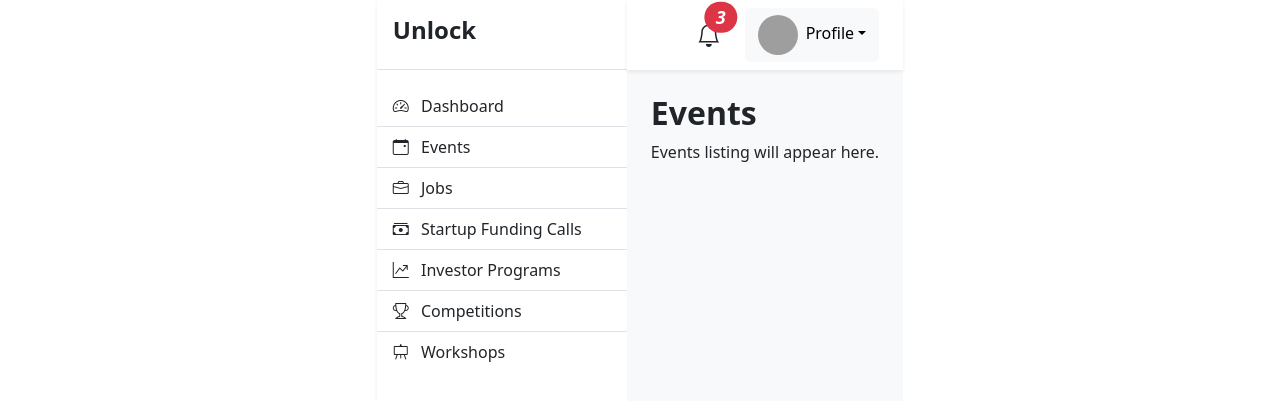
Repository: avmaurya07/unlock-dashboard
Page: /dashboard/publisher/events
An editor plug-in stored every save of this project. The page is shown before and after the next save, followed by the edit.
The browser window is 1280 px wide. The pictures show the whole page.
Pictures or frames that could not be fetched are drawn as grey boxes. The project was rebuilt for these pictures with package versions that can differ from the ones it lists, and the page was loaded fresh each time. Also part of the build but not shown: vite.config.js, src/pages/Login.jsx, src/components/DashboardCard.jsx, src/pages/Dashboard.jsx, src/pages/Jobs.jsx, src/pages/FundingCalls.jsx, src/pages/InvestorPrograms.jsx, src/pages/Competitions.jsx and 6 more.

Above is the page before, as saved 2025-12-28 17:07:51.

### index.html
<!doctype html>
<html lang="en">
  <head>
    <meta charset="UTF-8" />
    <link rel="icon" type="image/svg+xml" href="/vite.svg" />
    <meta name="viewport" content="width=device-width, initial-scale=1.0" />
    <title>unlock-dashboard</title>
  </head>
  <body>
    <div id="root"></div>
    <script type="module" src="/src/main.jsx"></script>
  </body>
</html>

### src/main.jsx
import { StrictMode } from 'react'
import { createRoot } from 'react-dom/client'
import './index.css'
import App from './App.jsx'
import 'bootstrap/dist/css/bootstrap.min.css';
import 'react-toastify/dist/ReactToastify.css';
import "bootstrap-icons/font/bootstrap-icons.css";

createRoot(document.getElementById('root')).render(
  <StrictMode>
    <App />
  </StrictMode>,
)

### src/index.css
:root {
  font-family: system-ui, Avenir, Helvetica, Arial, sans-serif;
  line-height: 1.5;
  font-weight: 400;

  color-scheme: light dark;
  color: rgba(255, 255, 255, 0.87);
  background-color: #242424;

  font-synthesis: none;
  text-rendering: optimizeLegibility;
  -webkit-font-smoothing: antialiased;
  -moz-osx-font-smoothing: grayscale;
}

a {
  font-weight: 500;
  color: #646cff;
  text-decoration: inherit;
}
a:hover {
  color: #535bf2;
}

body {
  margin: 0;
  display: flex;
  align-items: center;
  justify-content: center;
  min-width: 320px;
  min-height: 100vh;
}

h1 {
  font-size: 3.2em;
  line-height: 1.1;
}

button {
  border-radius: 8px;
  border: 1px solid transparent;
  padding: 0.6em 1.2em;
  font-size: 1em;
  font-weight: 500;
  font-family: inherit;
  background-color: #1a1a1a;
  cursor: pointer;
  transition: border-color 0.25s;
}
button:hover {
  border-color: #646cff;
}
button:focus,
button:focus-visible {
  outline: 4px auto -webkit-focus-ring-color;
}

@media (prefers-color-scheme: light) {
  :root {
    color: #213547;
    background-color: #ffffff;
  }
  a:hover {
    color: #747bff;
  }
  button {
    background-color: #f9f9f9;
  }
}

### src/App.jsx
import { BrowserRouter, Routes, Route } from "react-router-dom";

import Login from "./pages/Login";

// Layout
import MainLayout from "./layout/MainLayout";

// Shared Pages
import Dashboard from "./pages/Dashboard";

// Publisher Pages
import Events from "./pages/Events";
import Jobs from "./pages/Jobs";
import FundingCalls from "./pages/FundingCalls";
import InvestorPrograms from "./pages/InvestorPrograms";
import Competitions from "./pages/Competitions";
import Workshops from "./pages/Workshops";

// User + Admin
import UserDashboard from "./pages/UserDashboard";
import PublisherDashboard from "./pages/PublisherDashboard";
import AdminDashboard from "./pages/AdminDashboard";

function App() {
  return (
    <BrowserRouter>
      <Routes>

        {/* PUBLIC ROUTE */}
        <Route path="/" element={<Login />} />

        {/* USER DASHBOARD */}
        <Route path="/dashboard/user" element={<UserDashboard />} />

        {/* ADMIN DASHBOARD */}
        <Route path="/dashboard/admin" element={<AdminDashboard />} />

        {/* PUBLISHER DASHBOARD (WITH SIDEBAR + TOPBAR) */}
        <Route path="/dashboard/publisher" element={<MainLayout />}>
          <Route index element={<Dashboard />} />

          {/* NESTED PUBLISHER ROUTES */}
          <Route path="events" element={<Events />} />
          <Route path="jobs" element={<Jobs />} />
          <Route path="funding-calls" element={<FundingCalls />} />
          <Route path="investor-programs" element={<InvestorPrograms />} />
          <Route path="competitions" element={<Competitions />} />
          <Route path="workshops" element={<Workshops />} />
        </Route>

      </Routes>
    </BrowserRouter>
  );
}

export default App;

### src/layout/MainLayout.jsx
import Sidebar from "../components/Sidebar";
import Topbar from "../components/Topbar";
import { Outlet } from "react-router-dom";

export default function MainLayout() {
  return (
    <div className="d-flex" style={{ minHeight: "100vh", width: "100%" }}>
      <Sidebar />

      <div className="flex-grow-1 bg-light">
        <Topbar />

        <div className="p-4">
          <Outlet />
        </div>
      </div>
    </div>
  );
}

### src/pages/Events.jsx
import MainLayout from "../layout/MainLayout";

export default function Events() {
  return (
    <div>
      <h2 className="fw-bold">Events</h2>
      <p>Events listing will appear here.</p>
    </div>
  );
}

### src/components/Sidebar.jsx
import { Link } from "react-router-dom";

export default function Sidebar() {
  return (
    <div className="sidebar bg-white shadow-sm" style={{ width: "250px", minHeight: "100vh" }}>
      <div className="p-3 border-bottom">
        <h4 className="fw-bold">Unlock</h4>
      </div>

      <ul className="list-group list-group-flush mt-3">
        <Link to="/dashboard/publisher" className="list-group-item list-group-item-action">
          <i className="bi bi-speedometer2 me-2"></i> Dashboard
        </Link>

        <Link to="/dashboard/publisher/events" className="list-group-item list-group-item-action">
          <i className="bi bi-calendar-event me-2"></i> Events
        </Link>

        <Link to="/dashboard/publisher/jobs" className="list-group-item list-group-item-action">
          <i className="bi bi-briefcase me-2"></i> Jobs
        </Link>

        <Link to="/dashboard/publisher/funding-calls" className="list-group-item list-group-item-action">
          <i className="bi bi-cash-stack me-2"></i> Startup Funding Calls
        </Link>

        <Link to="/dashboard/publisher/investor-programs" className="list-group-item list-group-item-action">
          <i className="bi bi-graph-up-arrow me-2"></i> Investor Programs
        </Link>

        <Link to="/dashboard/publisher/competitions" className="list-group-item list-group-item-action">
          <i className="bi bi-trophy me-2"></i> Competitions
        </Link>

        <Link to="/dashboard/publisher/workshops" className="list-group-item list-group-item-action">
          <i className="bi bi-easel me-2"></i> Workshops
        </Link>
      </ul>
    </div>
  );
}

### src/components/Topbar.jsx
export default function Topbar() {
  return (
    <nav className="navbar navbar-light bg-white shadow-sm px-4 d-flex justify-content-between">
      <div></div>

      <div className="d-flex align-items-center gap-4">

        <i className="bi bi-bell fs-4 position-relative">
          <span className="position-absolute top-0 start-100 translate-middle badge rounded-pill bg-danger">
            3
          </span>
        </i>

        <div className="dropdown">
          <button className="btn btn-light dropdown-toggle" data-bs-toggle="dropdown">
            <img
              src="https://i.pravatar.cc/40"
              className="rounded-circle me-2"
              alt="profile"
            />
            Profile
          </button>
          <ul className="dropdown-menu dropdown-menu-end">
            <li><button className="dropdown-item">Settings</button></li>
            <li><button className="dropdown-item">Logout</button></li>
          </ul>
        </div>

      </div>
    </nav>
  );
}

After the next save:
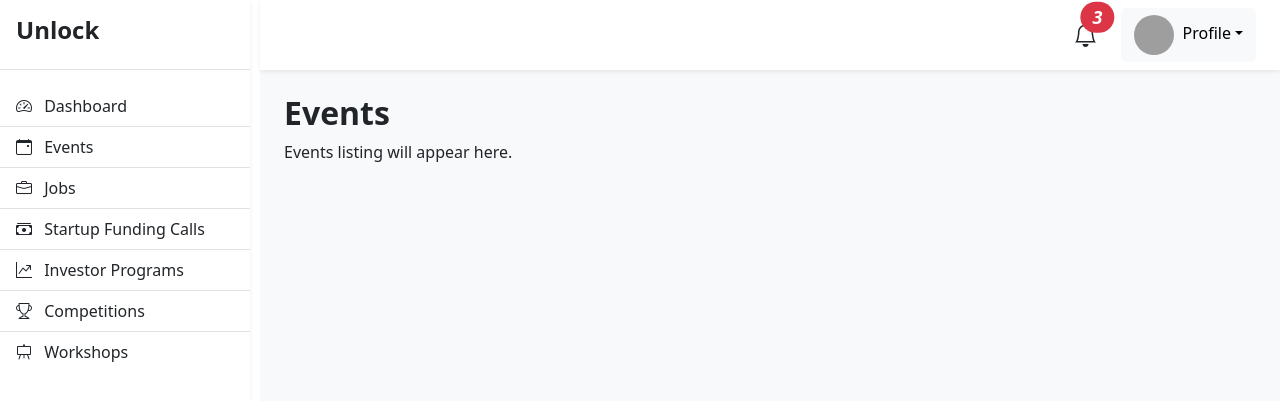
Saved 91 s later.
--- a/src/layout/MainLayout.jsx
+++ b/src/layout/MainLayout.jsx
@@ -4,13 +4,17 @@ import { Outlet } from "react-router-dom";
 
 export default function MainLayout() {
   return (
-    <div className="d-flex" style={{ minHeight: "100vh", width: "100%" }}>
-      <Sidebar />
+    <div className="d-flex" style={{ minHeight: "100vh", width: "100vw", overflowX: "hidden" }}>
+      {/* Sidebar */}
+      <div style={{ width: "260px", flexShrink: 0 }}>
+        <Sidebar />
+      </div>
 
-      <div className="flex-grow-1 bg-light">
+      {/* Main Content */}
+      <div className="flex-grow-1 d-flex flex-column bg-light" style={{ width: "100%" }}>
         <Topbar />
 
-        <div className="p-4">
+        <div className="p-4" style={{ width: "100%", flexGrow: 1 }}>
           <Outlet />
         </div>
       </div>
